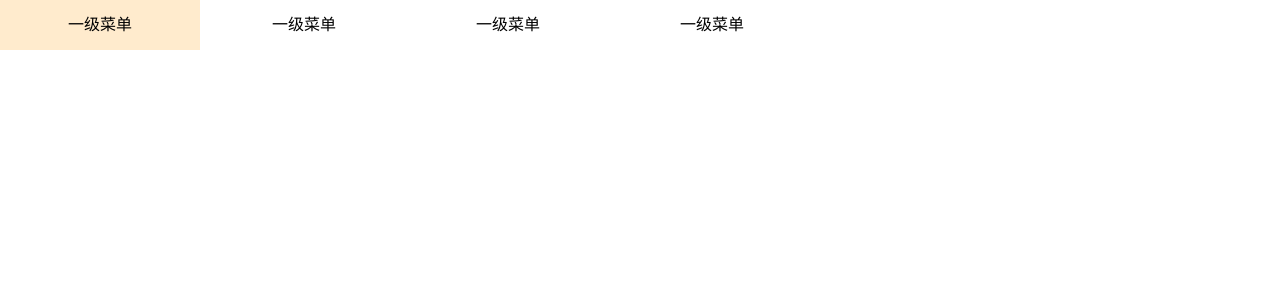
Repository: JJianZ/miao
Page: css-menu.html
The author's editor kept a copy of each file at every save. The page is drawn from the files as they stood at one save, then again after the next save.
The browser window is 1280 px wide. The pictures show the whole page.

Above is the page before, as saved 2021-11-23 11:00:19.

After the next save:
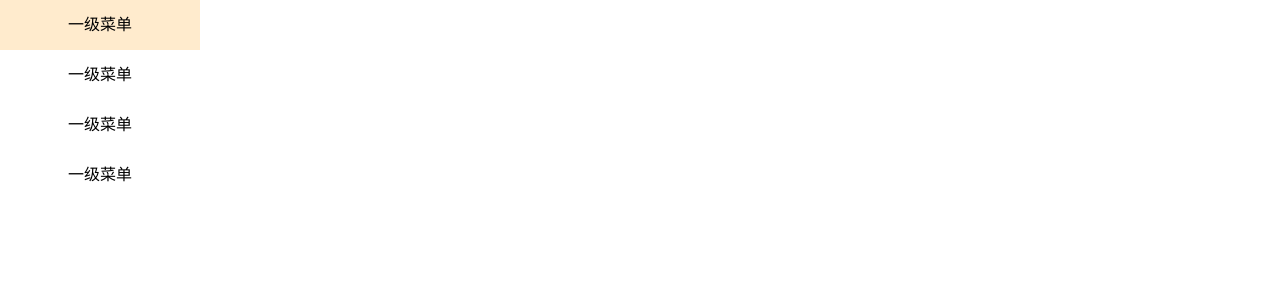
Saved 13 s later.
--- a/css-menu.html
+++ b/css-menu.html
@@ -14,13 +14,14 @@
     }
     ul {
       list-style: none;
-    }
-    .nav li {
-      position: relative;
       width: 200px;
       height: 50px;
       line-height: 50px;
       text-align: center;
+    }
+    .nav li {
+      position: relative;
+
     }
     .nav li:hover {
       background-color: blanchedalmond;
